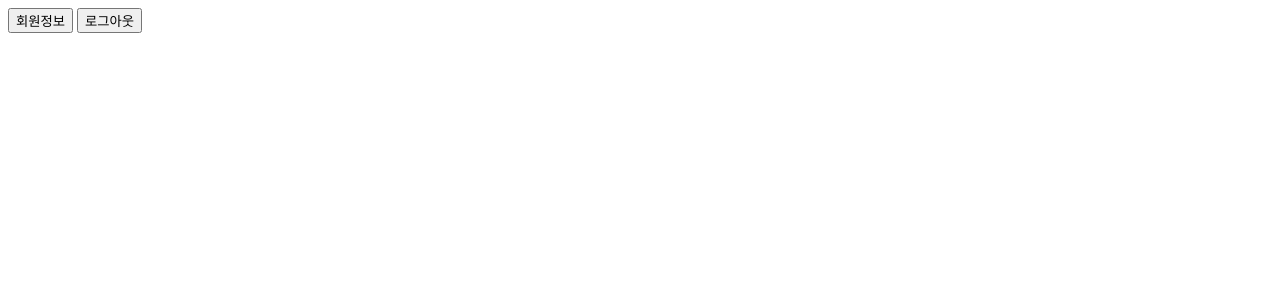
Repository: dnwpdud/WEB_CODES
Page: http://localhost/Homepage_WJO/loginResult.jsp
These files come from the project's save history. The page is drawn as it stood at one moment and after the next save; the edit follows.
The browser window is 1280 px wide. The pictures show the whole page.
The page is served by Tomcat 9.

Above is the page before, as saved 2024-04-03 09:38:53.

After the next save:
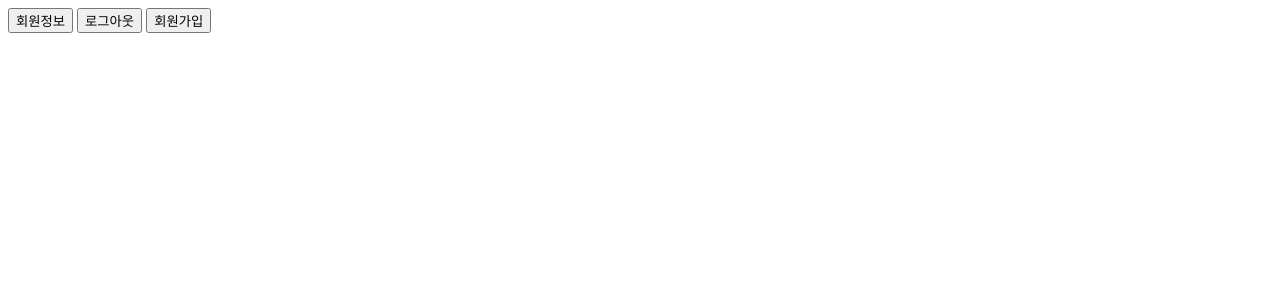
Saved 4 min 26 s later.
--- a/Homepage_WJO/src/main/webapp/loginResult.jsp
+++ b/Homepage_WJO/src/main/webapp/loginResult.jsp
@@ -19,6 +19,6 @@
 	 -->
 	<button onclick="location.href='select.do'">회원정보</button>
 	<button onclick="location.href='logout.do'">로그아웃</button>
-
+	<input type="submit" value="회원가입">
 </body>
 </html>
